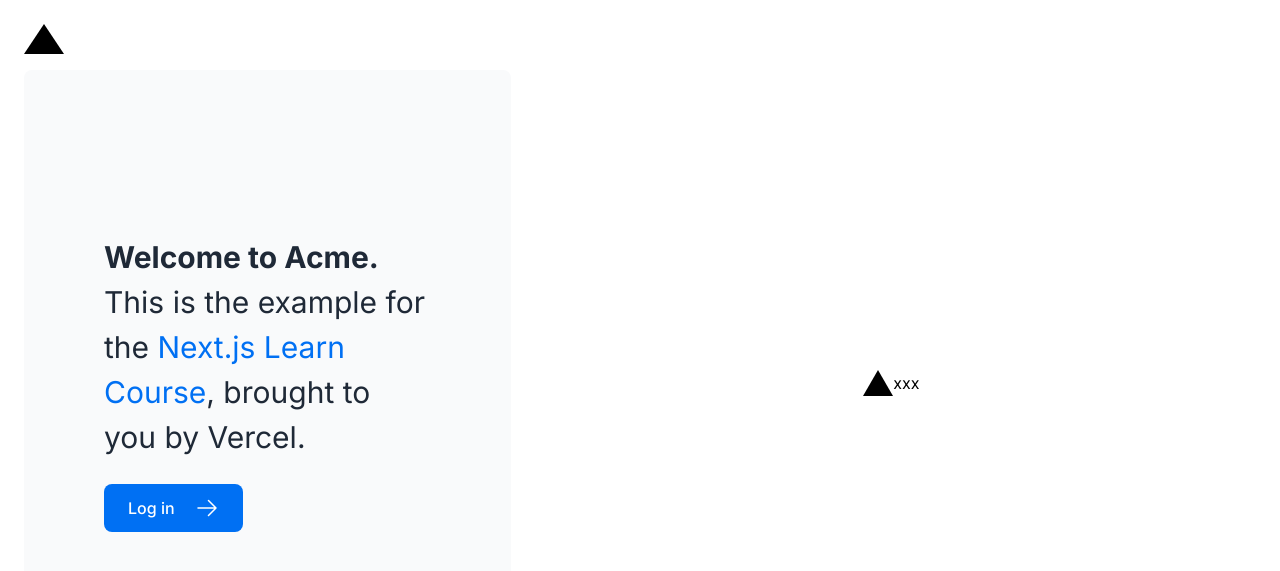
Repository: minzhenyu/nextjs-dashboard
Page: /
An editor plug-in stored every save of this project. The page is shown before and after the next save, followed by the edit.
The browser window is 1280 px wide. The pictures show the whole page.
Some web fonts or font styles are not loaded; a fallback is used. The project was rebuilt for these pictures with package versions that can differ from the ones it lists, and the page was loaded fresh each time. The framework's server and built-in components were replaced by stand-ins that run in the browser. Also part of the build but not shown: next.config.ts.

Above is the page before, as saved 2024-11-22 10:58:01.

### app/layout.tsx
import '@/app/ui/global.css';

import { inter } from '@/app/ui/fonts';
export default function RootLayout({
  children,
}: {
  children: React.ReactNode;
}) {
  return (
    <html lang="en">
       <body className={`${inter.className} antialiased`}>{children}</body>
    </html>
  );
}

### app/page.tsx
import AcmeLogo from '@/app/ui/acme-logo';
import { ArrowRightIcon } from '@heroicons/react/24/outline';
import Link from 'next/link';

import styles from '@/app/ui/home.module.css';

export default function Page() {
  return (
    <main className="flex min-h-screen flex-col p-6">
      <div className={styles.shape}>
        {/* <AcmeLogo /> */}
      </div>
      <div className="mt-4 flex grow flex-col gap-4 md:flex-row">
        <div className="flex flex-col justify-center gap-6 rounded-lg bg-gray-50 px-6 py-10 md:w-2/5 md:px-20">
          <p className={`text-xl text-gray-800 md:text-3xl md:leading-normal`}>
            <strong>Welcome to Acme.</strong> This is the example for the{' '}
            <a href="https://nextjs.org/learn/" className="text-blue-500">
              Next.js Learn Course
            </a>
            , brought to you by Vercel.
          </p>
          <Link
            href="/login"
            className="flex items-center gap-5 self-start rounded-lg bg-blue-500 px-6 py-3 text-sm font-medium text-white transition-colors hover:bg-blue-400 md:text-base"
          >
            <span>Log in</span> <ArrowRightIcon className="w-5 md:w-6" />
          </Link>
        </div>
        <div className="flex items-center justify-center p-6 md:w-3/5 md:px-28 md:py-12">

        <div
  className="relative w-0 h-0 border-l-[15px] border-r-[15px] border-b-[26px] border-l-transparent border-r-transparent border-b-black"
/>
          {/* Add Hero Images Here */}
          xxx
        </div>
      </div>
    </main>
  );
}

### app/ui/fonts.ts
import { Inter, Lusitana } from 'next/font/google';

export const inter = Inter({ subsets: ['latin'] });
export const lusitana = Lusitana({ subsets: ['latin'],weight: ['400','700'] });

Loaded but not shown: app/ui/global.css (common file); app/ui/home.module.css (common file); tailwind.config.ts (common file)

After the next save:
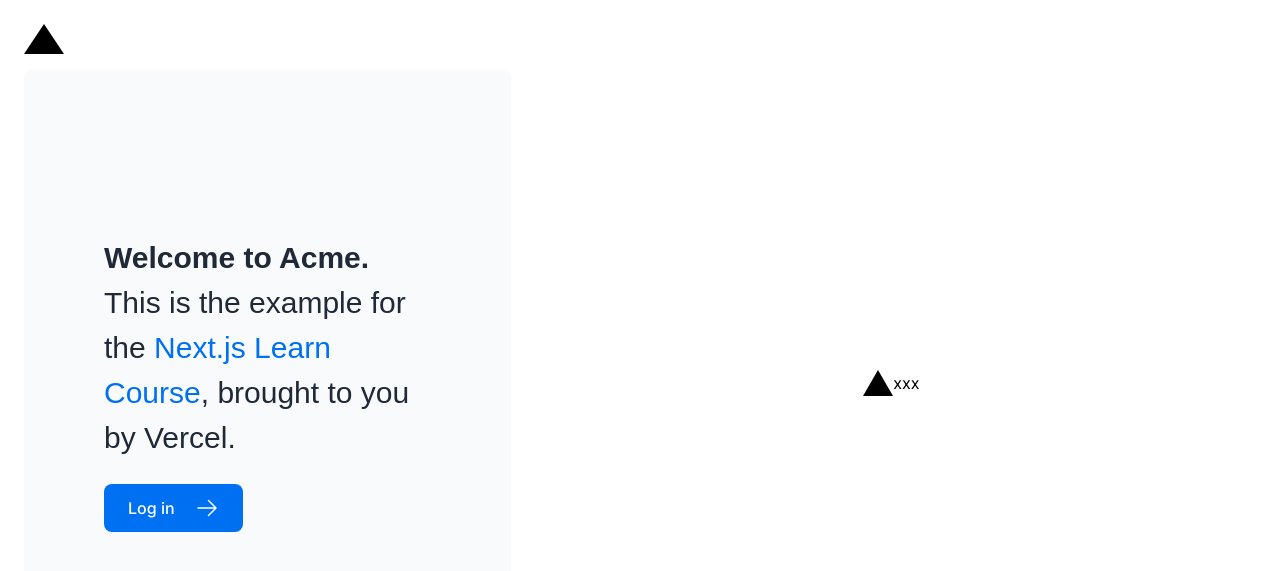
Saved 45 s later.
--- a/app/page.tsx
+++ b/app/page.tsx
@@ -3,6 +3,8 @@
 import Link from 'next/link';
 
 import styles from '@/app/ui/home.module.css';
+
+import { lusitana } from '@/app/ui/fonts';
 
 export default function Page() {
   return (
@@ -12,7 +14,7 @@
       </div>
       <div className="mt-4 flex grow flex-col gap-4 md:flex-row">
         <div className="flex flex-col justify-center gap-6 rounded-lg bg-gray-50 px-6 py-10 md:w-2/5 md:px-20">
-          <p className={`text-xl text-gray-800 md:text-3xl md:leading-normal`}>
+          <p    className={`${lusitana.className} text-xl text-gray-800 md:text-3xl md:leading-normal`}>
             <strong>Welcome to Acme.</strong> This is the example for the{' '}
             <a href="https://nextjs.org/learn/" className="text-blue-500">
               Next.js Learn Course
